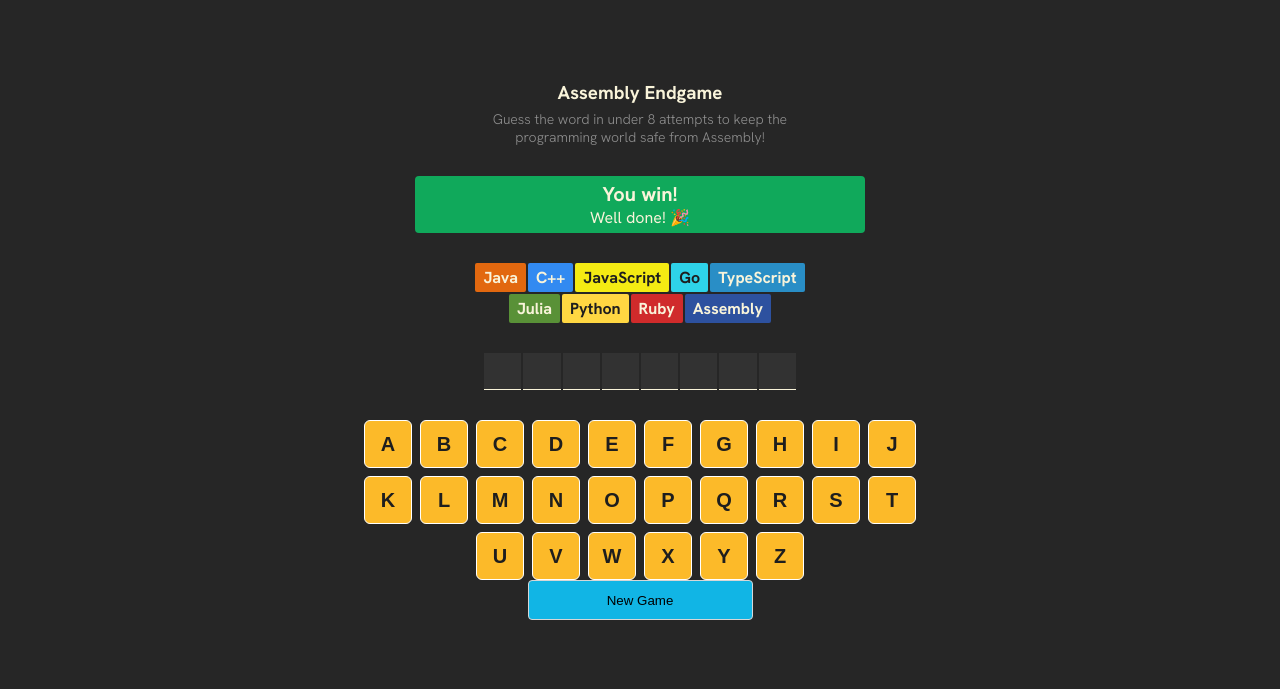
Repository: AchrafAzzaoui/AssemblyEndgame
Page: / (app in assembly-endgame/)
An editor plug-in stored every save of this project. The page is shown before and after the next save, followed by the edit.
The browser window is 1280 px wide. The pictures show the whole page.
The project was rebuilt for these pictures with package versions that can differ from the ones it lists, and the page was loaded fresh each time. Also part of the build but not shown: assembly-endgame/vite.config.js.

Above is the page before, as saved 2024-12-25 15:51:58.

### assembly-endgame/index.html
<!DOCTYPE html>
<html lang="en">
  <head>
    <meta charset="UTF-8" />
    <link rel="icon" type="image/svg+xml" href="/vite.svg" />
    <meta name="viewport" content="width=device-width, initial-scale=1.0" />
    <link
      href="https://fonts.googleapis.com/css2?family=Hanken+Grotesk:wght@300;400;500;600;700&display=swap"
      rel="stylesheet"
    />
    <title>Assembly Endgame</title>
  </head>
  <body>
    <div id="root"></div>
    <script type="module" src="/src/main.jsx"></script>
  </body>
</html>

### assembly-endgame/src/index.css
* {
  margin: 0;
  padding: 0;
  box-sizing: border-box;
}
body {
  font-family: "Hanken Grotesk", sans-serif;
  background-color: #262626;
  color: #d9d9d9;
  padding: 80px 40px;
  height: 100vh;
  display: flex;
  justify-content: center;
}

header {
  text-align: center;
}

.game-title {
  color: #f9f4da;
}
.game-description {
  margin-top: 5px;
  font-weight: 300;
  color: #8e8e8e;
  font-size: 0.875rem;
  max-width: 350px;
}
.game-description,
.game-title {
  text-align: center;
}

/* status */
.game-status {
  width: 100%;
  max-width: 450px;
  background-color: #10a95b;
  color: #f9f4da;
  display: flex;
  flex-direction: column;
  justify-content: space-evenly;
  align-items: center;
  padding: 5px 20px;
  margin: 20px 0;
  border-radius: 4px;
  margin-block: 30px;
}

.game-status h2 {
  font-size: 1.25rem;
  /* margin: 5px; */
}

/* language tags */
.language-tags-container {
  display: flex;
  justify-content: center;
  flex-wrap: wrap;
  gap: 2px;
  max-width: 350px;
}

.language-tag {
  padding: 0.25rem 0.5rem;
  border-radius: 2px;
}

main {
  width: 100%;
  max-width: 600px;
  display: flex;
  flex-direction: column;
  align-items: center;
}

/* letter tiles and word container*/

.word-display {
  width: 100%;
  max-width: 350px;
  display: flex;
  gap: 2px;
  justify-content: center;
  align-items: center;
  margin-top: 30px;
}

.letter-tile {
  background-color: #323232;
  color: #fff;
  padding: 0rem 1rem;
  border-bottom: 1px solid #f9f4da;
  min-width: 2rem;
  text-align: center;
  font-size: 1.25rem;
  aspect-ratio: 1/1;
}

/* keyboard and letter buttons */
.keyboard {
  display: flex;
  flex-wrap: wrap;
  justify-content: center;
  gap: 8px;
  margin-top: 30px;
}

.letter-button {
  background-color: #fcba29;
  color: #1e1e1e;
  padding: 0rem;
  border: 0.5px solid white;
  min-width: 3rem;
  text-align: center;
  font-size: 1rem;
  aspect-ratio: 1/1;
  border-radius: 6px;
  font-weight: 600;
  font-size: 1.25rem;
  line-height: 1.5rem;
  cursor: pointer;
}

/* New game button */

.new-game-button {
  background-color: #11b5e5;
  border: 1px solid #d7d7d7;
  border-radius: 4px;
  width: 225px;
  height: 40px;
  padding: 6px 12px;
  display: block;
  margin-inline: auto;
  cursor: pointer;
}

### assembly-endgame/src/App.jsx
import { useState } from "react";
import Status from "./components/Status.jsx";
import LanguageTags from "./components/LanguageTags.jsx";
import WordDisplay from "./components/WordDisplay.jsx";
import Keyboard from "./components/Keyboard.jsx";
import NewGameButton from "./components/NewGameButton.jsx";

export default function App() {
  const [currentWord, setCurrentWord] = useState("");

  return (
    <main>
      <header>
        <h3 className="game-title">Assembly Endgame</h3>
        <p className="game-description">
          Guess the word in under 8 attempts to keep the programming world safe
          from Assembly!
        </p>
      </header>
      <Status />
      <LanguageTags />
      <WordDisplay currentWord={currentWord} correctWord={"REFACTOR"} />
      <Keyboard />
      <NewGameButton />
    </main>
  );
}

### assembly-endgame/src/components/Status.jsx
import { useState } from "react";

export default function Status() {
  return (
    <div className="game-status">
      <h2>You win!</h2>
      <p>Well done! 🎉</p>
    </div>
  );
}

### assembly-endgame/src/components/LanguageTags.jsx
import { useState } from "react";
import { languages } from "../data/languages.js";

export default function LanguageTags() {
  const languageTags = languages.map((language) => {
    const { name, backgroundColor, color } = language;
    return (
      <div
        className="language-tag"
        style={{ backgroundColor: backgroundColor, color: color }}
      >
        <h4>{name}</h4>
      </div>
    );
  });
  return <div className="language-tags-container">{languageTags}</div>;
}

### assembly-endgame/src/components/WordDisplay.jsx
import { useState } from "react";

export default function WordDisplay({ currentWord, correctWord }) {
  const currWordLetters = currentWord
    .split("")
    .map((letter) => letter.toUpperCase());
  const correctWordLetters = correctWord
    .split("")
    .map((letter) => letter.toUpperCase());

  const letterTiles = correctWordLetters.map((letter, index) => {
    return (
      <span className="letter-tile" key={index}>
        {currWordLetters[index] || "\u00A0"}
      </span>
    );
  });
  return <div className="word-display">{letterTiles}</div>;
}

### assembly-endgame/src/components/Keyboard.jsx
export default function Keyboard() {
  const letters = "ABCDEFGHIJKLMNOPQRSTUVWXYZ".split("");
  const letterButtons = letters.map((letter) => {
    return (
      <button key={letter} className="letter-button">
        {letter}
      </button>
    );
  });
  return <div className="keyboard">{letterButtons}</div>;
}

### assembly-endgame/src/components/NewGameButton.jsx
export default function NewGameButton() {
  return <button className="new-game-button">New Game</button>;
}

### assembly-endgame/src/data/languages.js
export const languages = [
  {
    name: "Java",
    backgroundColor: "#E2680F",
    color: "#F9F4DA",
  },
  {
    name: "C++",
    backgroundColor: "#328AF1",
    color: "#F9F4DA",
  },
  {
    name: "JavaScript",
    backgroundColor: "#F4EB13",
    color: "#1E1E1E",
  },
  {
    name: "Go",
    backgroundColor: "#2ED3E9",
    color: "#1E1E1E",
  },
  {
    name: "TypeScript",
    backgroundColor: "#298EC6",
    color: "#F9F4DA",
  },
  {
    name: "Julia",
    backgroundColor: "#599137",
    color: "#F9F4DA",
  },
  {
    name: "Python",
    backgroundColor: "#FFD742",
    color: "#1E1E1E",
  },
  {
    name: "Ruby",
    backgroundColor: "#D02B2B",
    color: "#F9F4DA",
  },
  {
    name: "Assembly",
    backgroundColor: "#2D519F",
    color: "#F9F4DA",
  },
];

Loaded but not shown: assembly-endgame/src/main.jsx (common file)

After the next save:
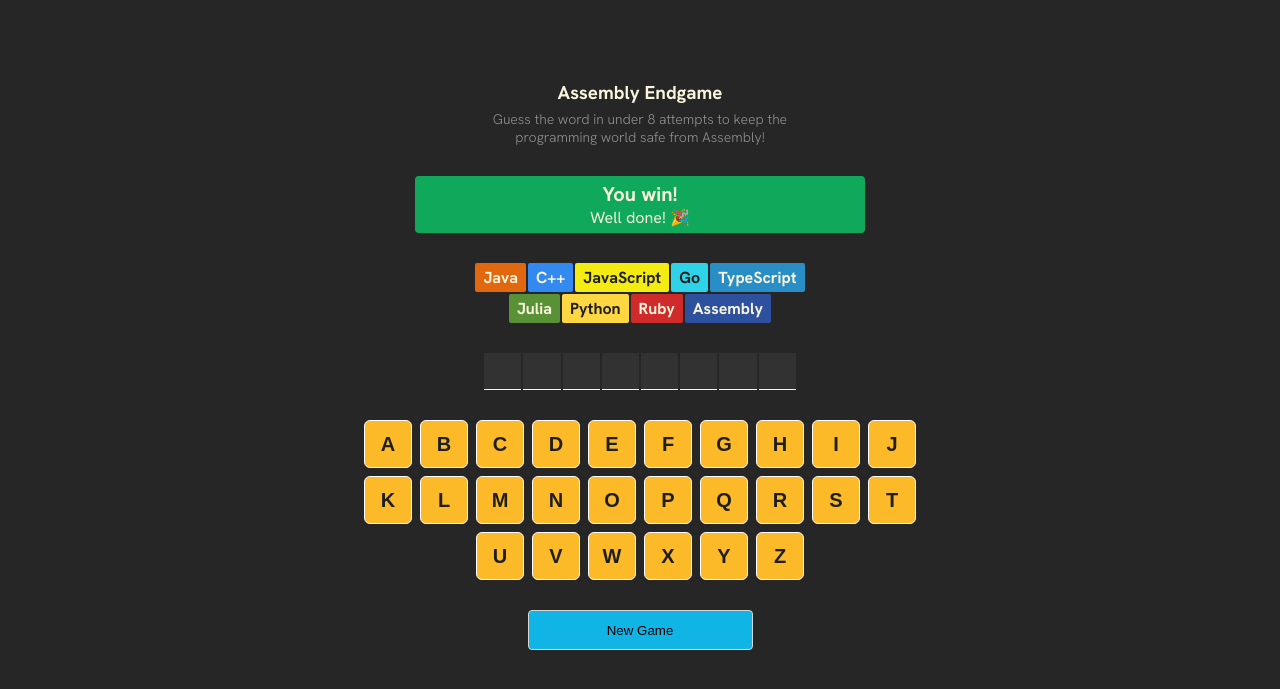
Saved 15 s later.
--- a/assembly-endgame/src/index.css
+++ b/assembly-endgame/src/index.css
@@ -133,6 +133,6 @@
   height: 40px;
   padding: 6px 12px;
   display: block;
-  margin-inline: auto;
+  margin-top: 30px;
   cursor: pointer;
 }
